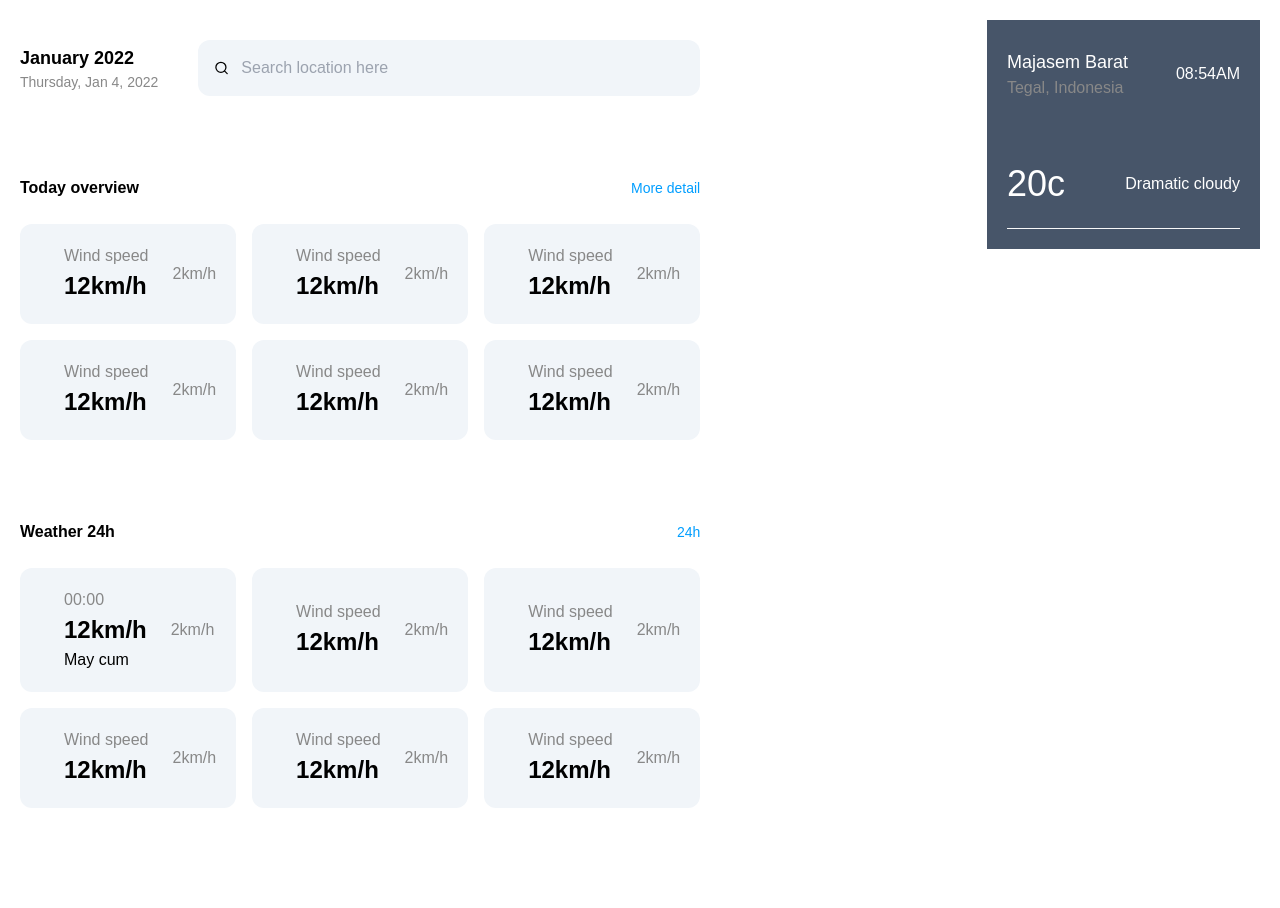
Repository: theweirdboiz/datawarehouse-ui
Page: /
These files come from the project's save history. The page is drawn as it stood at one moment and after the next save; the edit follows.
The browser window is 1280 px wide. The pictures show the whole page.
The project was rebuilt for these pictures with package versions that can differ from the ones it lists, and the page was loaded fresh each time. Also part of the build but not shown: vite.config.js.

Above is the page before, as saved 2022-11-23 18:33:14.

After the next save:
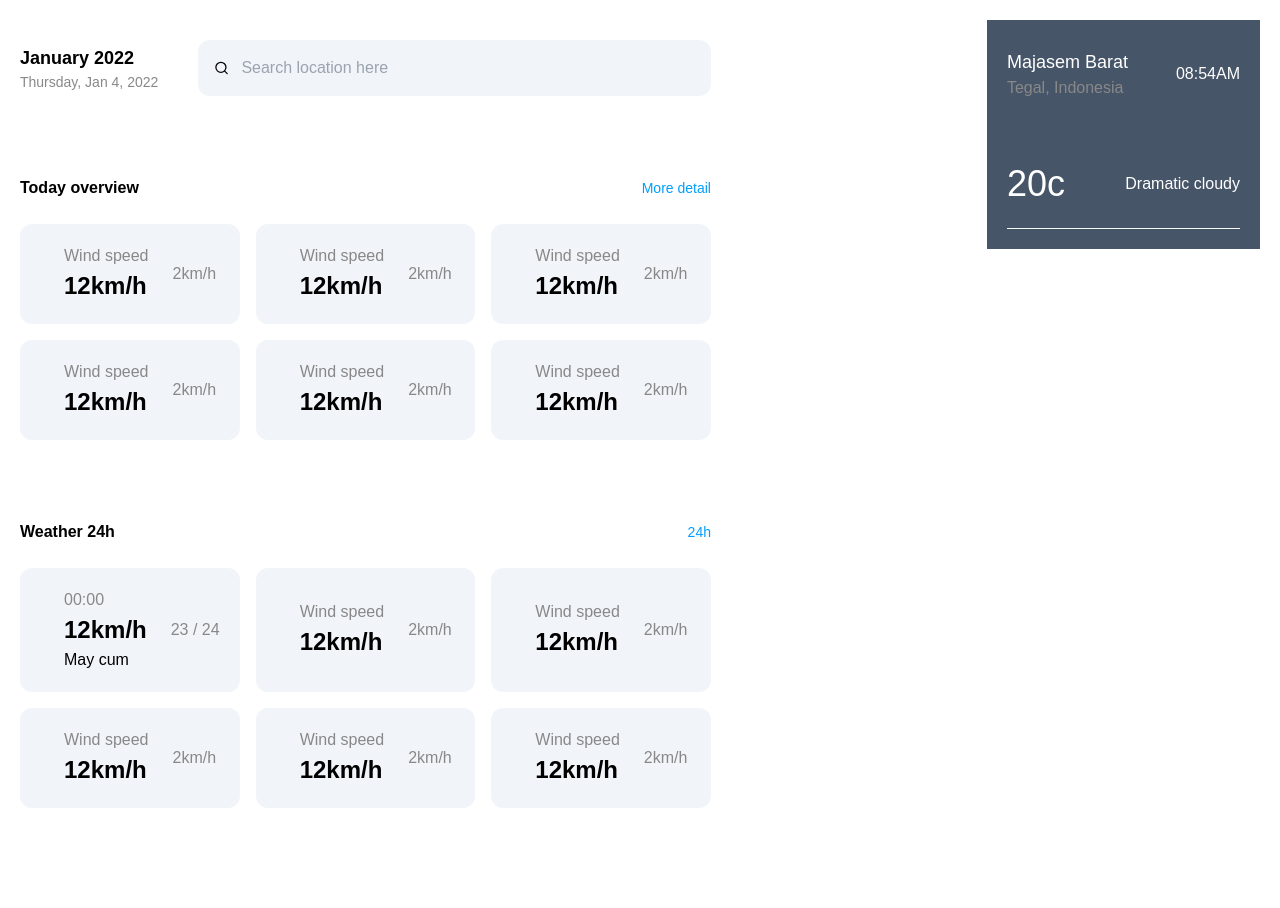
Saved 8 s later.
--- a/src/App.jsx
+++ b/src/App.jsx
@@ -107,7 +107,7 @@
                     <span className="text-[24px] font-semibold">12km/h</span>
                     <span>May cum</span>
                   </div>
-                  <span className="text-[#888]">2km/h</span>
+                  <span className="text-[#888]">23 / 24</span>
                 </div>
                 <div className="content__detail-item p-5 flex items-center gap-x-6 bg-slate-100 rounded-xl">
                   <i></i>

After the save that followed:
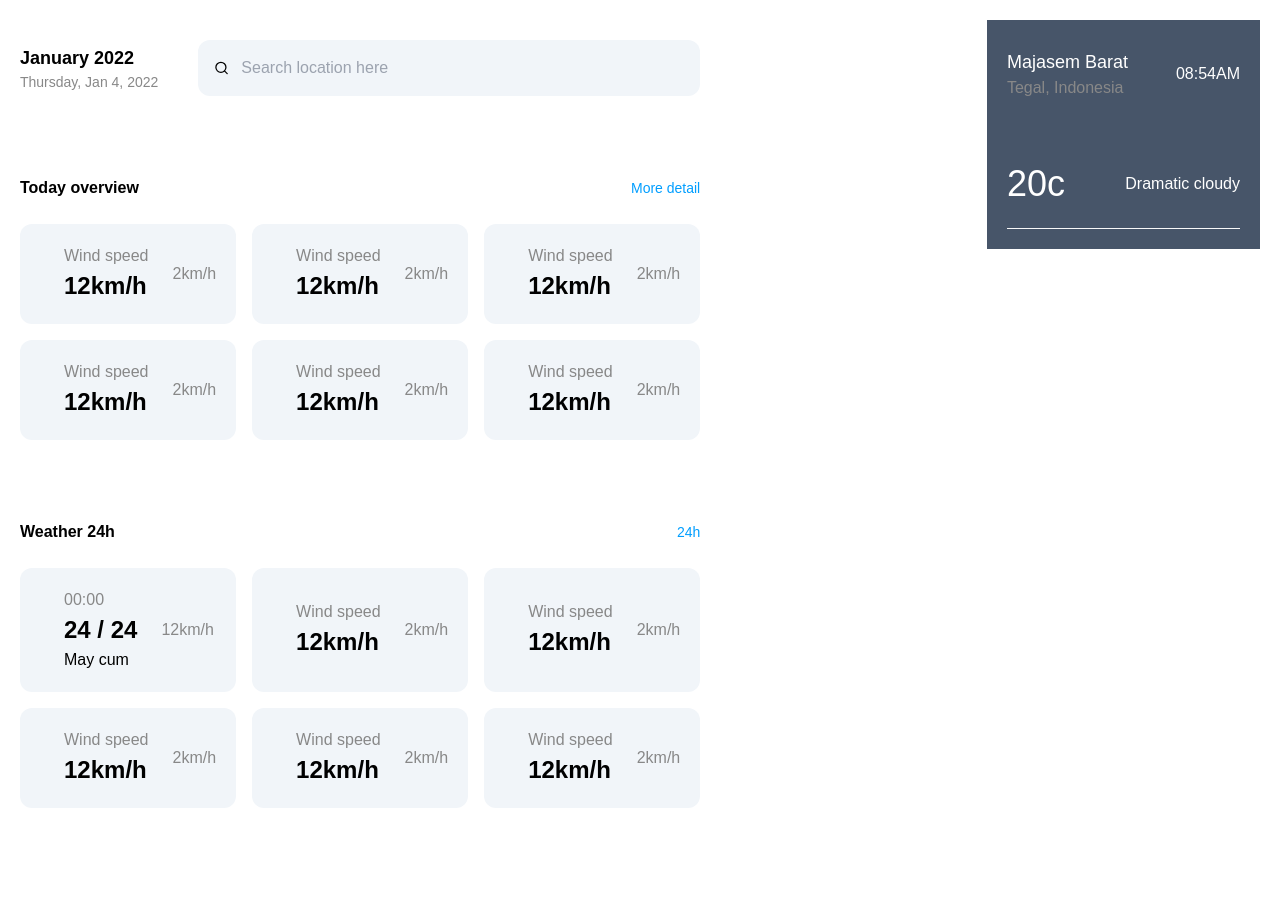
Saved 29 s later.
--- a/src/App.jsx
+++ b/src/App.jsx
@@ -104,10 +104,10 @@
                   <i></i>
                   <div className="speed flex flex-col">
                     <h4 className="text-[#888]">00:00</h4>
-                    <span className="text-[24px] font-semibold">12km/h</span>
+                    <span className="text-[24px] font-semibold">24 / 24</span>
                     <span>May cum</span>
                   </div>
-                  <span className="text-[#888]">23 / 24</span>
+                  <span className="text-[#888]">12km/h</span>
                 </div>
                 <div className="content__detail-item p-5 flex items-center gap-x-6 bg-slate-100 rounded-xl">
                   <i></i>
